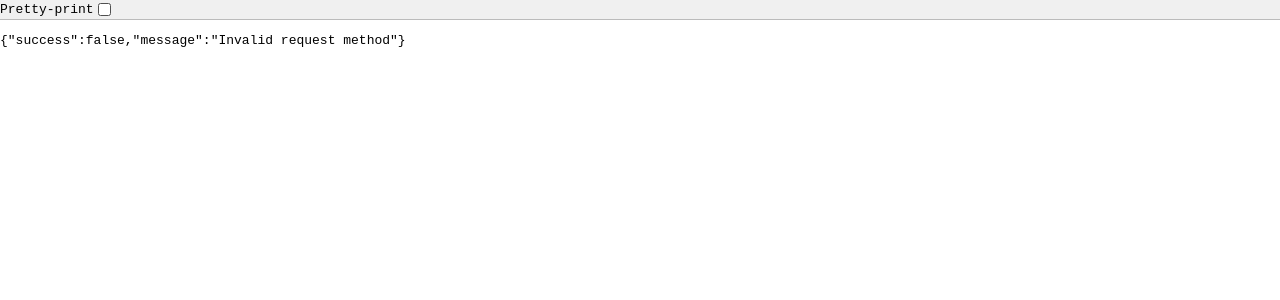
Repository: hoango15/Web_TraSua
Page: http://localhost/bubble_tea_shop/pages/add_to_cart.php
The author's editor kept a copy of each file at every save. The page is drawn from the files as they stood at one save, then again after the next save.
The browser window is 1280 px wide. The pictures show the whole page.
The page is run by PHP 8.4 with error messages shown; the project is at /var/www/html/.

Above is the page before, as saved 2025-05-01 11:46:28.

### pages/add_to_cart.php
<?php
session_start();
header('Content-Type: application/json');
if (!isset($_SESSION['cart'])) {
  $_SESSION['cart'] = [];
}
if ($_SERVER['REQUEST_METHOD'] !== 'POST') {
  echo json_encode(['success' => false, 'message' => 'Invalid request method']);
  exit;
}
$contentType = isset($_SERVER["CONTENT_TYPE"]) ? trim($_SERVER["CONTENT_TYPE"]) : '';

After the next save:
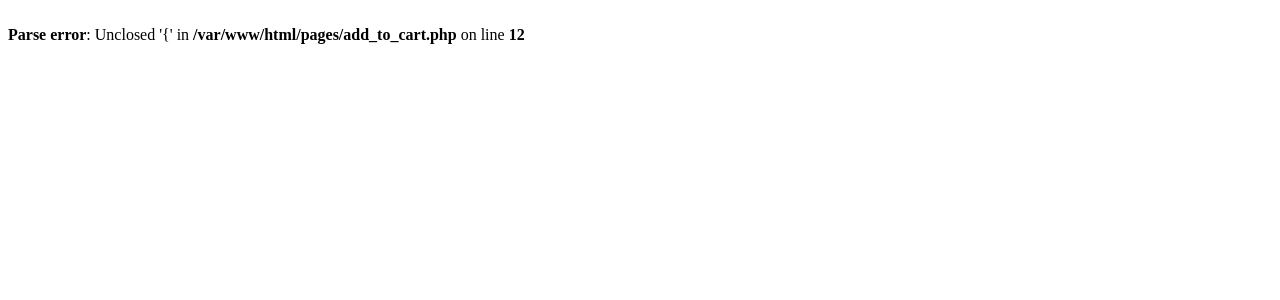
Saved 7 s later.
--- a/pages/add_to_cart.php
+++ b/pages/add_to_cart.php
@@ -9,3 +9,4 @@
   exit;
 }
 $contentType = isset($_SERVER["CONTENT_TYPE"]) ? trim($_SERVER["CONTENT_TYPE"]) : '';
+if ($contentType === 'application/json') {
